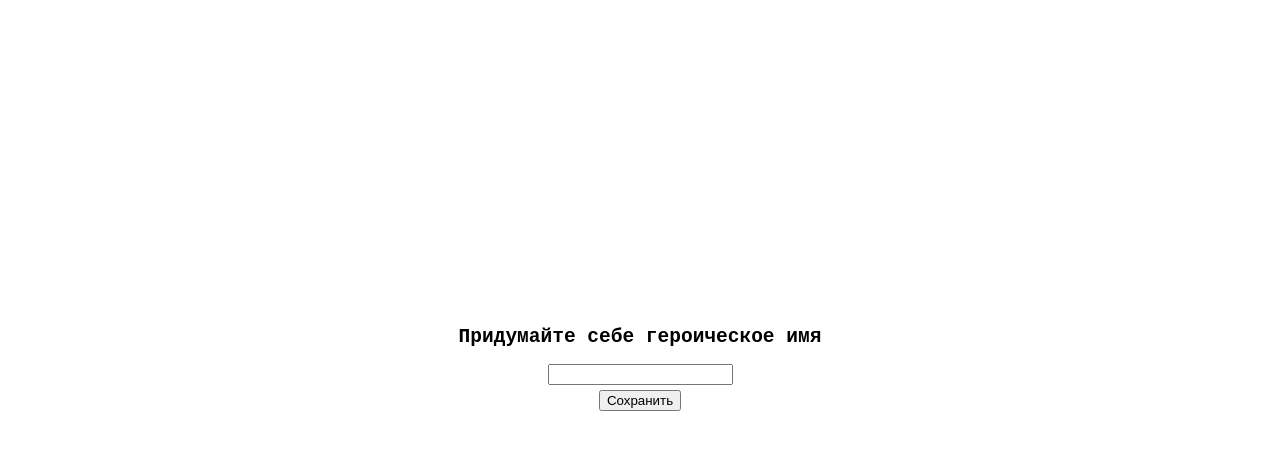
Repository: Cat-Of-Devil/tic-tac-toe-online
Page: index.html
An editor plug-in stored every save of this project. The page is shown before and after the next save, followed by the edit.
The browser window is 1280 px wide. The pictures show the whole page.

Above is the page before, as saved 2019-08-05 22:47:49.

### index.html
<html lang="ru">
<head>
    <meta charset="UTF-8">
    <meta name="viewport" content="width=device-width, initial-scale=1">
    <title>Крестики-нолики</title>
    <link rel="stylesheet" href="style.css">
</head>
<body>

<div class="container">
  <h2>Wait..</h2>
</div>

<div class="container hidden js-sign-in">
  <h2>Придумайте себе героическое имя</h2>
  <input type="text" name="username" required>
  <button>Сохранить</button>
</div>

<div class="container hidden js-sessions">
  <h2>Выбирайте с кем играть или создавайте свою игру</h2>
  <div class="js-session-wrap"></div>
</div>

<div class="container hidden js-battle">
  <h2 class="title"></h2>
  <div class="move">Ход: <span>x</span></div>
  <div class="cols-wrap js-game"></div>
</div>

<script src="main.js"></script>
</body>
</html>

### style.css
* {
  box-sizing: border-box;
}

body {
  font-family: monospace;
  line-height: normal;
  margin: 0;
  padding: 0;
}

.container {
  display: flex;
  align-items: center;
  justify-content: center;
  height: 100%;
  flex-direction: column;
}

.move {
  font-size: 28px;
  margin-bottom: 10px;
}

.cols-wrap {
  display: flex;
  flex-wrap: wrap;
  width: 300px;
  height: 300px;
}

.col {
  width: 33.3333333333%;
  border: 2px solid #949494;
  cursor: pointer;
  background-color: #f1f1f1;
  display: flex;
  justify-content: center;
  position: relative;
}

.col:nth-child(3n+1), .col:nth-child(3n+2) {
  border-right: none;
}

.col:nth-child(-n+6) {
  border-bottom: none;
}


.col.tic, .col.tac {
  cursor: not-allowed;
}

.col:before, .col:after {
  content: '';
  position: absolute;
  opacity: 0;
  transform: scale(0.9);
  transition: all 0.2s;
  font-size: 83px;
  line-height: normal;
}


.col.tic:before {
  content: 'x';
  opacity: 1;
  transform: scale(1);
  color: #001caf;
}

.col.tac:after {
  content: 'o';
  opacity: 1;
  transform: scale(1);
  color: #bb2d00;
}

.winner {
  position: fixed;
  z-index: 9;
  opacity: 0;
  transform: scale(0.9);
  visibility: hidden;
  max-width: 500px;
  height: 400px;
  padding: 0 20px;
  transition: all 0.3s;
  background: #fff;
  justify-content: space-between;
  display: flex;
  flex-direction: column;
  align-items: center;
  box-shadow: 5px 5px 16px -6px rgba(0, 0, 0, 0.36);
  text-align: center;
}

.winner.active {
  opacity: 1;
  transform: scale(1);
  visibility: visible;
}

.winner span {
  margin-top: 110px;
  font-size: 40px;
}

.winner .close {
  margin-bottom: 20px;
  padding: 10px 20px;
  background-color: #119000;
  color: white;
  cursor: pointer;
}

.hidden {
  display:none;
}

input[type=text] {
  border: 1 px solid #d8d8d8;
  margin-bottom:5px;
}

### main.js

(function () {

  function $(s, parent = document) {
    return parent.querySelector(s);
  }

  function $$(s, parent = document) {
    return parent.querySelectorAll(s);
  }

  let containers = $$('.container');
  let username = localStorage.getItem('username');
  let gameId = localStorage.getItem('gameId');

  if (location.hash == '' || !username)
    location.hash = 'sign-in';

  if (gameId) {
    location.hash = `battle/${gameId}`;
  }

  window.addEventListener('load', onHashChange);
  window.addEventListener('hashchange', onHashChange);

  function onHashChange() {
    let hash = location.hash.slice(1);
    let screen = hash.replace(/(\/?([^\/]+)\/?.*)/, "$2");

    console.log('screen: ', screen);
    hideAllScreen();

    switch(screen) {
      case "sign-in": showSignInScreen(); break;
      case "sessions": showSessionsScreen(); break;
      case "battle": showBattleScreen(); break;
      case "rating": showRatingcreen(); break;
      default: alert('err')
    }
  }

  function hideAllScreen(){
    containers.forEach(function(o, i){
      o.classList.add('hidden');
    });
  }

  function showSignInScreen(){
    let signIn = $('.js-sign-in');
    let usernameInp = $('input[type=text]', signIn);
    let saveBtn = $('button', signIn);

    signIn.classList.remove('hidden');
    if (username) location.hash = 'sessions';

    saveBtn.addEventListener('click', function(){
      username = usernameInp.value;
      if (username) {
        localStorage.setItem('username', username);
        location.hash = 'sessions';
      }
    });
  }

  function showSessionsScreen(){
    let container = $('.js-sessions');
    let wrapper = $('.js-session-wrap', container);

    container.classList.remove('hidden');

    fetch(`/session?winner=no`)
    .then(resp => resp.json())
    .then((items)=>{

      wrapper.innerHTML = '';

      items.forEach((el, i) => {
        wrapper.insertAdjacentHTML('beforeend', [
          '<div>',
            '<a onclick="return confirm(\'Вы уверены что хотите начать игру?\')" href="#battle/'+el.id+'">#'+el.id+': '+el.title+'</a>',
          '</a>',
        ].join(''));
      })
    });
  }

  function showBattleScreen(){
    let container = $('.js-battle');
    let gameArea = $('.js-game', container);
    let hash = location.hash.slice(1);
    let gameId = hash.split('/')[1];
    let stateGame = {};

    if (!gameId) location.hash = 'sessions';

      assignToGame();

      gameArea.addEventListener('click', function(e){
        if (e.target.matches('[data-index]:not(.disabled)')) {
          let index = +e.target.dataset.index;
          e.target.classList.add('disabled');

          stateGame.step++;
          stateGame.state[index] = getYourTool(stateGame);

          fetch(`/session/${gameId}`, {
            method: 'PUT',
            headers: {
              'Content-Type': 'application/json',
            },
            body: JSON.stringify(stateGame)
          })
          .then(resp => resp.json())
          .then(session => renderGame(session, true));
        }
      });

      (function poll() {
        fetch(`/session/${gameId}`)
          .then(resp => resp.json())
          .then(session=>{
            renderGame(session);
            if (stateGame.winner == "no") {
              setTimeout(poll, 2000);
            }
          });
      }());


      function getYourTool(session) {
        return (username == session.playerA) ? session.toolA : session.toolB;
      }
      function getYourToolTitle(session) {
        return (username == session.playerA) ? session.toolA_title : session.toolB_title;
      }

      function renderGame(session) {
        stateGame = Object.assign({}, session);
        container.innerHTML = '';

        let nextStep = (session.step % 2 == 0) ? session.toolA : session.toolB;
        let nextStepTitle = (session.step % 2 == 0) ? session.toolA_title : session.toolB_title;

        let nextStepEl = $('.js-battle .move span');
        nextStepEl.innerHTML = nextStepTitle;

        let titleEl = $('.js-battle .title');
        titleEl.innerHTML = `${username}, Вы играете "${getYourToolTitle(session)}"`;

        let canIStep = (getYourTool(session) == nextStep);

        session.state.forEach((el, i) => {
          let cssClass = (el!==null ? ((el === 1) ? 'tic' : 'tac') : '');

          cssClass += ((el !== null) || !canIStep) ? ' disabled' : '';

          container.insertAdjacentHTML('beforeend', [
            '<div data-index="'+i+'" data-value="'+el+'" class="col '+cssClass+'"></div>',
          ].join(''));
        });

        checkWinner(session);
      }


      function checkWinner(session) {
        let cols = $$('.col');

          if
          (cols[0].matches('.tic') && cols[1].matches('.tic') && cols[2].matches('.tic') ||
              cols[3].matches('.tic') && cols[4].matches('.tic') && cols[5].matches('.tic') ||
              cols[6].matches('.tic') && cols[7].matches('.tic') && cols[8].matches('.tic') ||
              cols[0].matches('.tic') && cols[3].matches('.tic') && cols[6].matches('.tic') ||
              cols[1].matches('.tic') && cols[4].matches('.tic') && cols[7].matches('.tic') ||
              cols[2].matches('.tic') && cols[5].matches('.tic') && cols[8].matches('.tic') ||
              cols[0].matches('.tic') && cols[4].matches('.tic') && cols[8].matches('.tic') ||
              cols[2].matches('.tic') && cols[4].matches('.tic') && cols[6].matches('.tic')) {
              // winnerText.innerHTML = 'Победили крестики!';
              // winner.classList.add('active');
              endGame(session, 1);
          } else if
          (cols[0].matches('.tac') && cols[1].matches('.tac') && cols[2].matches('.tac') ||
              cols[3].matches('.tac') && cols[4].matches('.tac') && cols[5].matches('.tac') ||
              cols[6].matches('.tac') && cols[7].matches('.tac') && cols[8].matches('.tac') ||
              cols[0].matches('.tac') && cols[3].matches('.tac') && cols[6].matches('.tac') ||
              cols[1].matches('.tac') && cols[4].matches('.tac') && cols[7].matches('.tac') ||
              cols[2].matches('.tac') && cols[5].matches('.tac') && cols[8].matches('.tac') ||
              cols[0].matches('.tac') && cols[4].matches('.tac') && cols[8].matches('.tac') ||
              cols[2].matches('.tac') && cols[4].matches('.tac') && cols[6].matches('.tac')) {
              // winnerText.innerHTML = 'Победили нолики!';
              // winner.classList.add('active');
              endGame(session, 2)
          } else if (session.step == 9) {
              // winnerText.innerHTML = 'Ничья!';
              // winner.classList.add('active');
              endGame(session, 0)
          }
      }

      function endGame(session, winner) {
        session.winner = winner;
        session.endTime = (new Date()).getTime();

        let messages = [
          'Ничья!',
          'Победили крестики!',
          'Победили нолики!',
        ];

        return fetch(`/session/${gameId}`, {
          method: 'PUT',
          headers: {
            'Content-Type': 'application/json',
          },
          body: JSON.stringify(session)
        })
        .then(resp => resp.json())
        .then(session => {
          alert(messages[winner]);
          gameId = null;
          localStorage.removeItem('gameId');
          location.href = '/';
        });
      }

  }


})();

After the next save:
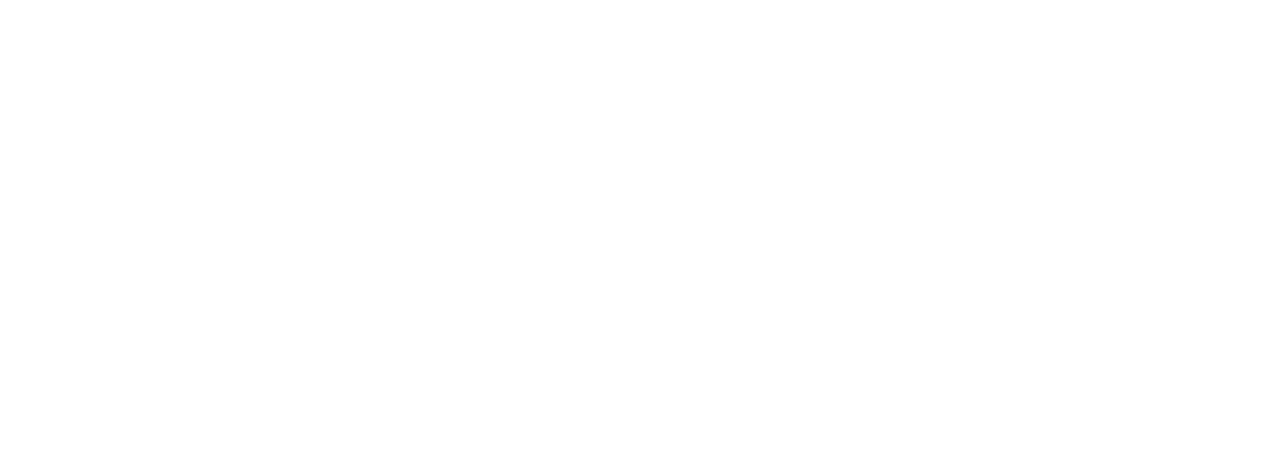
Saved 3 min 54 s later.
--- a/main.js
+++ b/main.js
@@ -45,12 +45,16 @@
     });
   }
 
+  function showScreen(el){
+    el.classList.remove('hidden');
+  }
+
   function showSignInScreen(){
     let signIn = $('.js-sign-in');
     let usernameInp = $('input[type=text]', signIn);
     let saveBtn = $('button', signIn);
 
-    signIn.classList.remove('hidden');
+
     if (username) location.hash = 'sessions';
 
     saveBtn.addEventListener('click', function(){

After the save that followed:
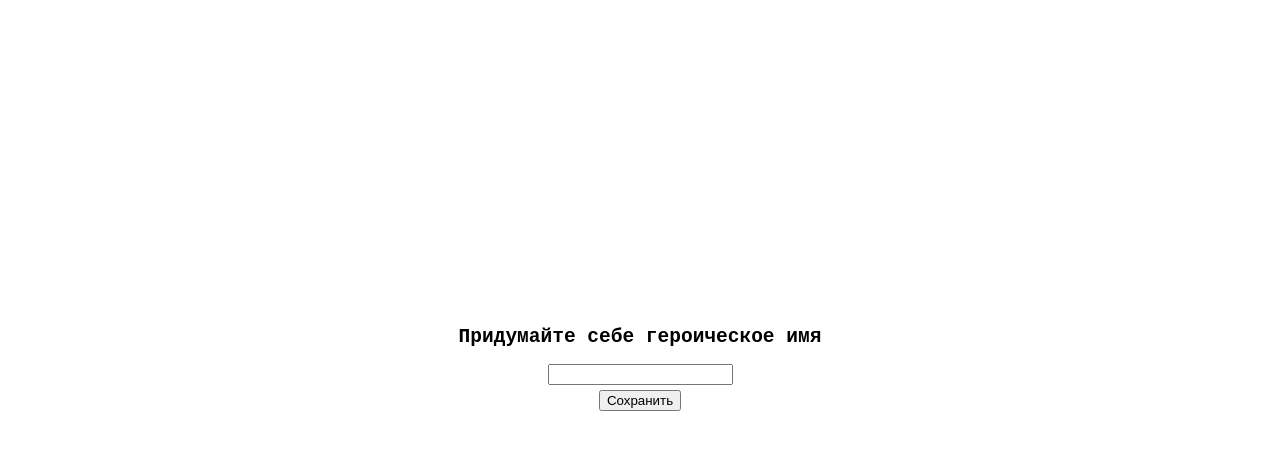
Saved 92 s later.
--- a/main.js
+++ b/main.js
@@ -54,8 +54,9 @@
     let usernameInp = $('input[type=text]', signIn);
     let saveBtn = $('button', signIn);
 
-
     if (username) location.hash = 'sessions';
+
+    showScreen(signIn);
 
     saveBtn.addEventListener('click', function(){
       username = usernameInp.value;
@@ -70,7 +71,7 @@
     let container = $('.js-sessions');
     let wrapper = $('.js-session-wrap', container);
 
-    container.classList.remove('hidden');
+    showScreen(container);
 
     fetch(`/session?winner=no`)
     .then(resp => resp.json())
